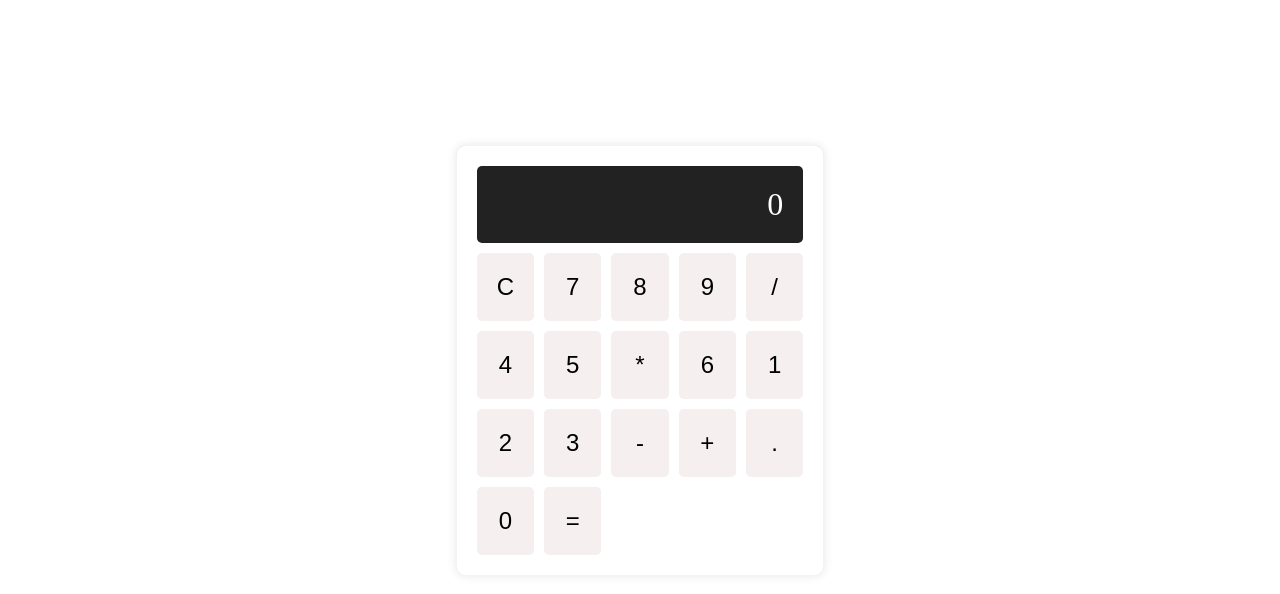
Repository: alizey12/calculator
Page: index.html
These files come from the project's save history. The page is drawn as it stood at one moment and after a run of saves; the edit follows.
The browser window is 1280 px wide. The pictures show the whole page.

Above is the page before, as saved 2024-11-23 18:47:07.

### index.html
<!DOCTYPE html>
<html lang="en">
<head>
    <meta charset="UTF-8">
    <meta name="viewport" content="width=device-width, initial-scale=1.0">
    <title>Document</title>
    <link rel="stylesheet" href="styles.css">
</head>
<body>
 <div class="calculator">
            <div class="display" id="display">0</div>
            <div class="buttons">


                <button class="btn" id="clear">C</button>
                <button class="btn">7</button>
                <button class="btn">8</button>
                <button class="btn">9</button>
                <button class="btn operator">/</button>
                <button class="btn">4</button>
                <button class="btn">5</button>
                <button class="btn operator">*</button>
                    <button class="btn">6</button>

                <button class="btn">1</button>
                <button class="btn">2</button>
                <button class="btn">3</button>
                <button class="btn operator">-</button>
                <button class="btn operator">+</button>
                <button class="btn">.</button>
                <button class="btn">0</button>
                <button class="btn operator" id="equals">=</button>


            </div>
        </div>


    <script src="script.js"></script>
</body>
</html>

### styles.css
body {
    display: flex;
    justify-content: center;
    align-items: center;
    height: 100vh;
    background-color: #ffffff;
    margin: 0;
}

.calculator {
    border: 1px solid #f3f3f3;
    border-radius: 10px;
    padding: 20px;
    background-color: #fff;
    box-shadow: 0 0 10px rgba(0, 0, 0, 0.1);
}

.display {
    font-size: 2em;
    margin-bottom: 10px;
    padding: 20px;
    background-color: #222;
    color: #fff;
    text-align: right;
    border-radius: 5px;
}


.buttons {
    display: grid;
    grid-template-columns: repeat(5, 1fr);
    gap: 10px;
}

.btn {
    padding: 20px;
    font-size: 1.5em;
    border: none;
    border-radius: 5px;
    background-color: #f5efef;
    cursor: pointer;
}

/*.btn.operator {
    background-color: #da9ac4;
    color: #fff;
}

.btn#clear {
    background-color: #ff3b30;
    color: #fff;
}

.btn#equals {
    grid-column: span 4;
    background-color: #186e2e;
    color: #fff;
} */

Loaded but not shown: script.js (no copy from this time; the picture is the same without it)

After the next 2 saves:
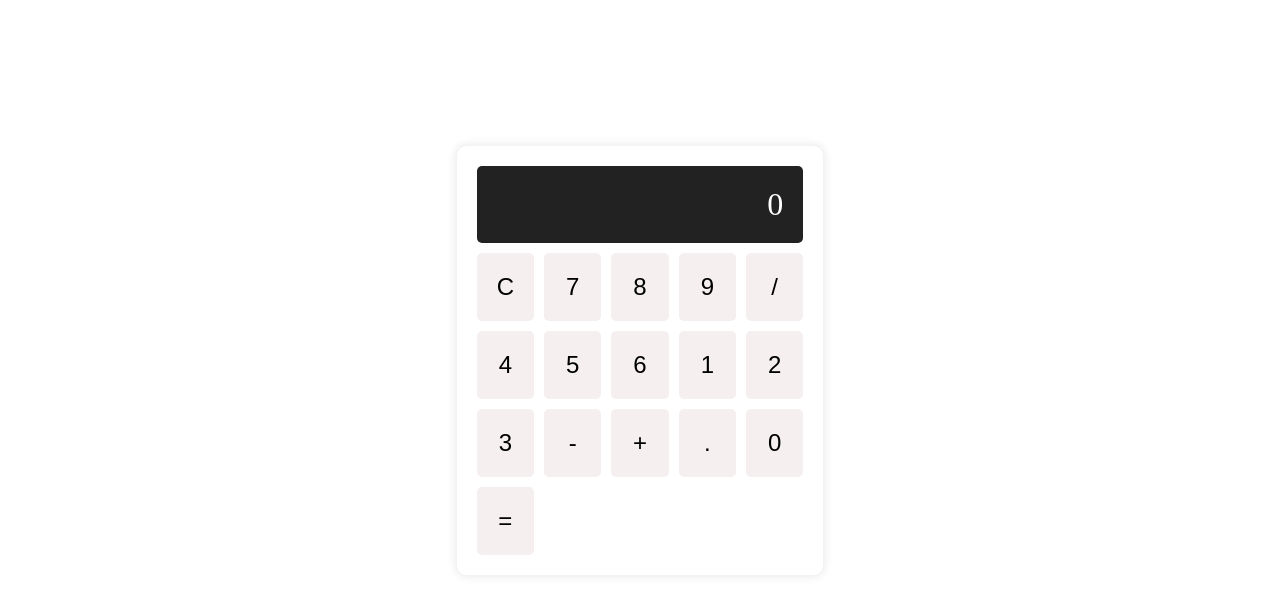
The 2 saves are shown as one change because they came seconds apart.
The last was saved 8 s later.
--- a/index.html
+++ b/index.html
@@ -19,7 +19,6 @@
                 <button class="btn operator">/</button>
                 <button class="btn">4</button>
                 <button class="btn">5</button>
-                <button class="btn operator">*</button>
                     <button class="btn">6</button>
 
                 <button class="btn">1</button>
